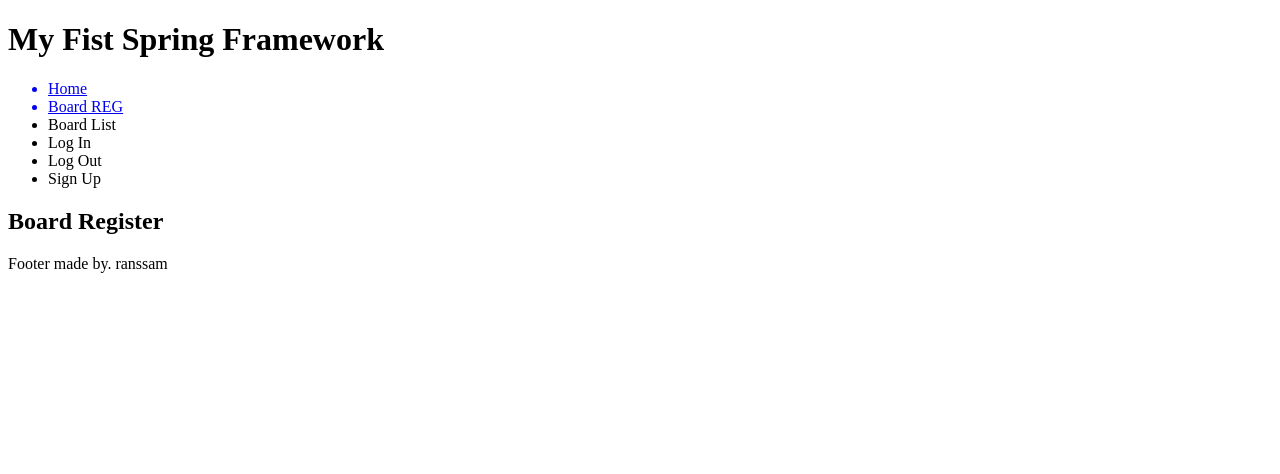
Repository: dhalfks/springSecurityTest
Page: http://localhost/springTest/WEB-INF/views/board/register.jsp
An editor plug-in stored every save of this project. The page is shown before and after the next save, followed by the edit.
The browser window is 1280 px wide. The pictures show the whole page.
The page is served by Tomcat 9. Nobody is signed in. The template is opened directly, without the code that normally fills it, so the values that code supplies are empty.

Above is the page before, as saved 2023-09-29 09:55:03.

After the next save:
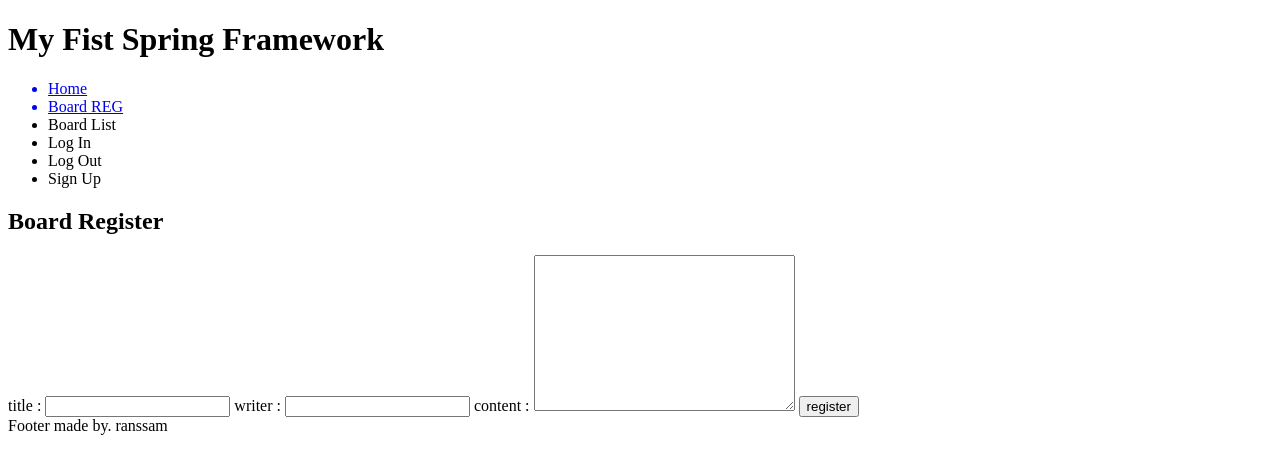
Saved 76 s later.
--- a/_spring_workspace/springTest/src/main/webapp/WEB-INF/views/board/register.jsp
+++ b/_spring_workspace/springTest/src/main/webapp/WEB-INF/views/board/register.jsp
@@ -8,6 +8,10 @@
 
 <form action="/board/register" method="post">
 
+	title : <input type="text" name="title" >
+	writer : <input type="text" name="writer">
+	content : <textarea rows="10" cols="30" name="content"></textarea>
+	<button type="submit">register</button>
 </form>
 
 <jsp:include page="../common/footer.jsp" />
